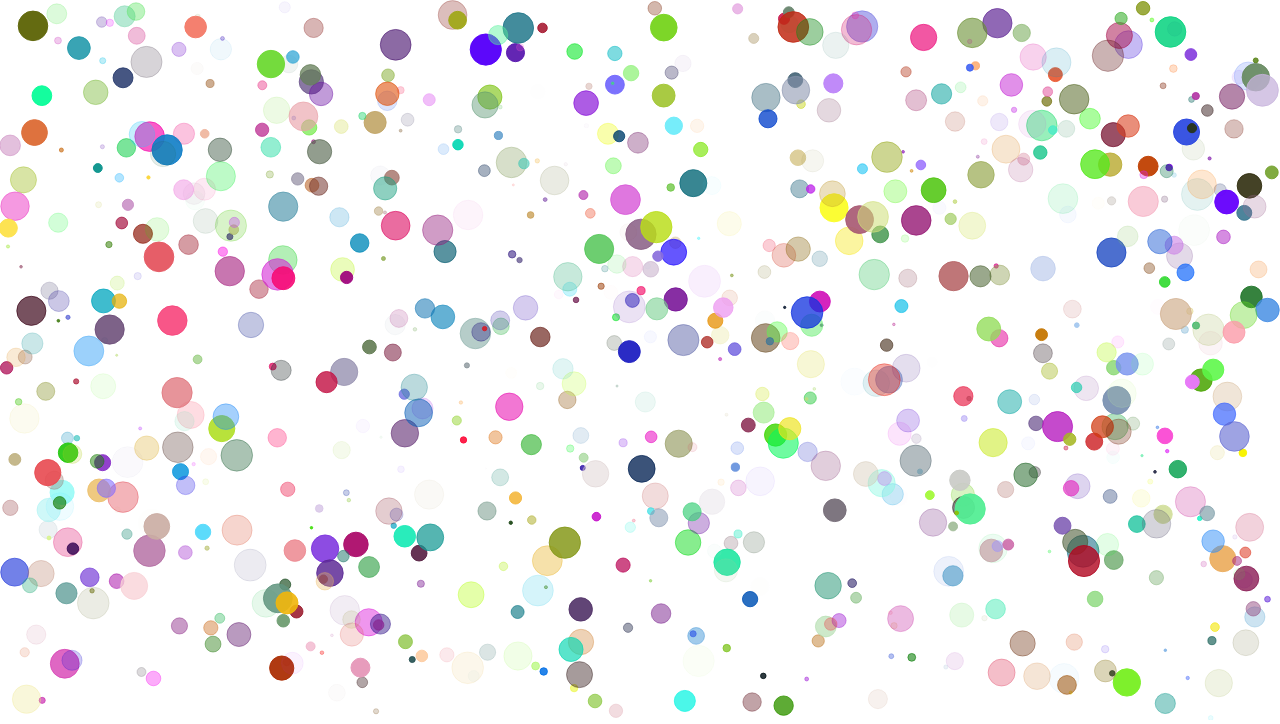
Repository: MikeTroianello/canvas-testing
Page: index.html
These files come from the project's save history. The page is drawn as it stood at one moment and after the next save; the edit follows.
The browser window is 1280 px wide. The pictures show the whole page.

Above is the page before, as saved 2019-06-05 21:59:30.

After the next save:
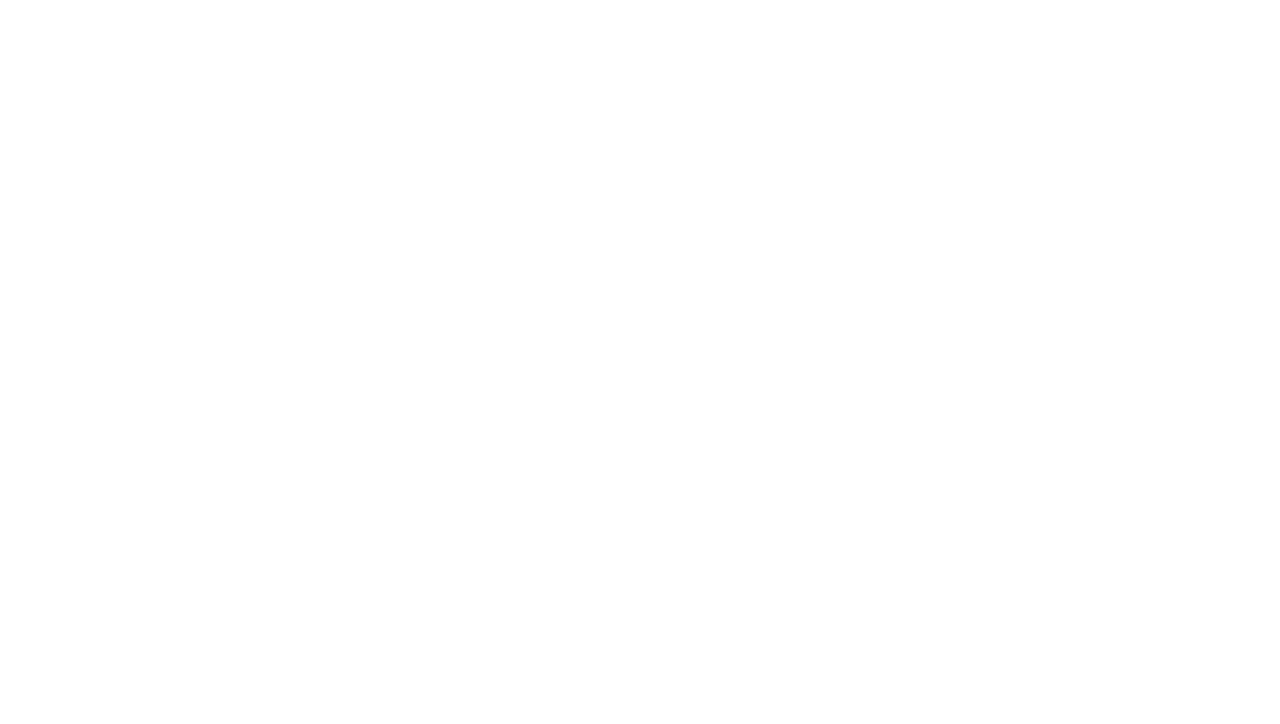
Console error: ReferenceError: windown is not defined
Saved 3 min 52 s later.
--- a/canvas.js
+++ b/canvas.js
@@ -51,6 +51,11 @@
 window.addEventListener('mousemove', function(event) {
   mouse.x = event.x;
   mouse.y = event.y;
+});
+
+windown.addEventListener('resize', function() {
+  canvas.width = window.innerWidth;
+  canvas.height = window.innerHeight;
 });
 
 class Circle {

After the save that followed:
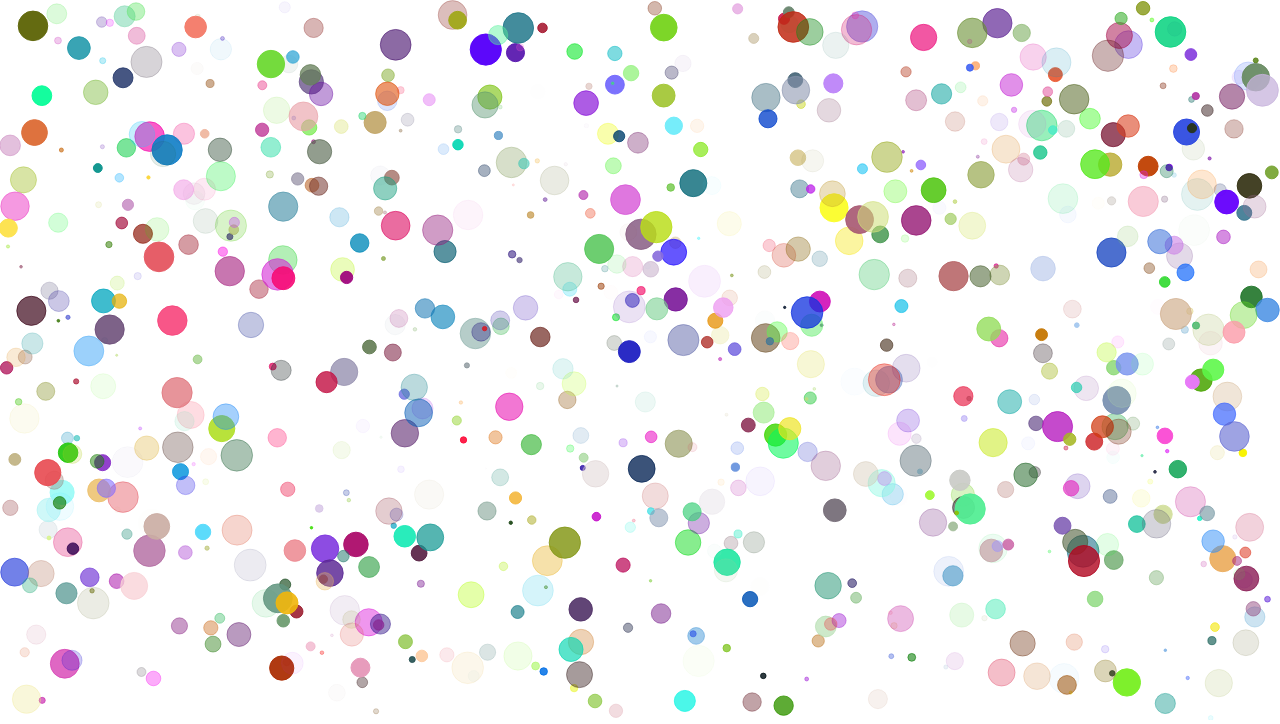
The error is gone.
Saved 2 min 32 s later.
--- a/canvas.js
+++ b/canvas.js
@@ -53,7 +53,7 @@
   mouse.y = event.y;
 });
 
-windown.addEventListener('resize', function() {
+window.addEventListener('resize', function() {
   canvas.width = window.innerWidth;
   canvas.height = window.innerHeight;
 });
